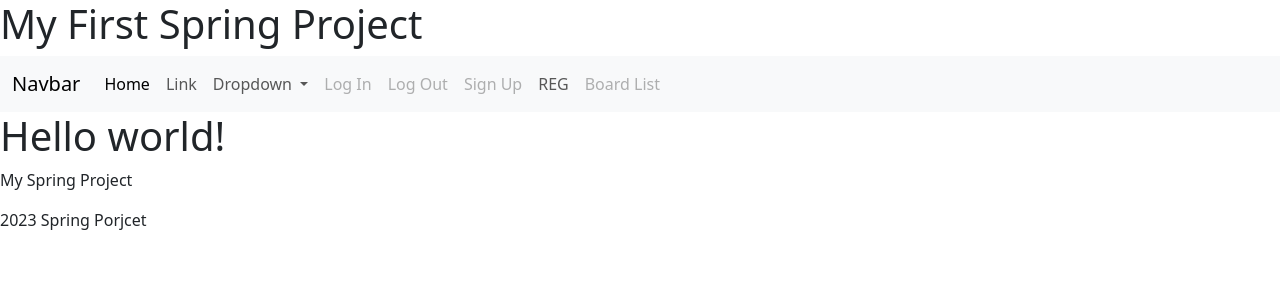
Repository: Leesunghoon1/ezenSpring
Page: http://localhost/spring-Test/WEB-INF/views/index.jsp
These files come from the project's save history. The page is drawn as it stood at one moment and after the next save; the edit follows.
The browser window is 1280 px wide. The pictures show the whole page.
The page is served by Tomcat 9. Nobody is signed in. The template is opened directly, without the code that normally fills it, so the values that code supplies are empty.

Above is the page before, as saved 2023-10-05 07:40:34.

After the next save:
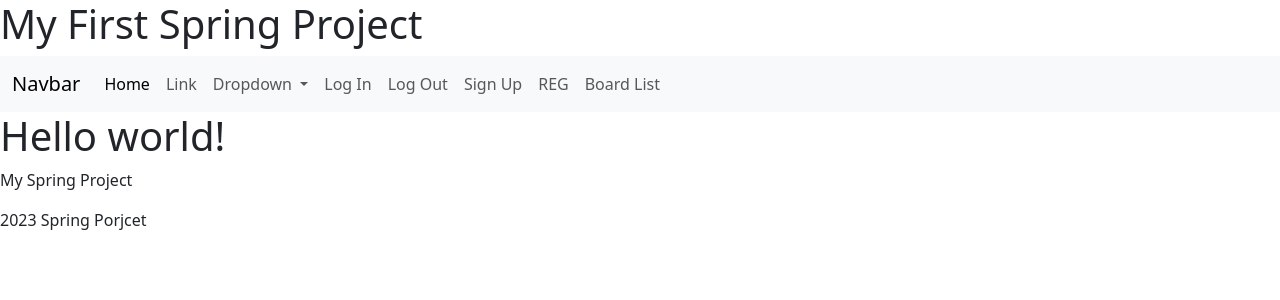
Saved 13 min 12 s later.
--- a/spring-Test/src/main/webapp/WEB-INF/views/layout/header.jsp
+++ b/spring-Test/src/main/webapp/WEB-INF/views/layout/header.jsp
@@ -38,19 +38,19 @@
           </ul>
         </li>
         <li class="nav-item">
-          <a class="nav-link disabled" aria-disabled="true">Log In</a>
+          <a class="nav-link" href="/board/register">Log In</a>
         </li>
                 <li class="nav-item">
-          <a class="nav-link disabled" aria-disabled="true">Log Out</a>
+          <a class="nav-link" href="/board/register">Log Out</a>
         </li>
                 <li class="nav-item">
-          <a class="nav-link disabled" aria-disabled="true">Sign Up</a>
+          <a class="nav-link" href="/board/register">Sign Up</a>
         </li>
                 <li class="nav-item">
           <a class="nav-link" href="/board/register">REG</a>
         </li>
                 <li class="nav-item">
-          <a class="nav-link disabled" aria-disabled="true">Board List</a>
+          <a class="nav-link" href="/board/register">Board List</a>
         </li>
       </ul>
 <!--       <form class="d-flex" role="search">
